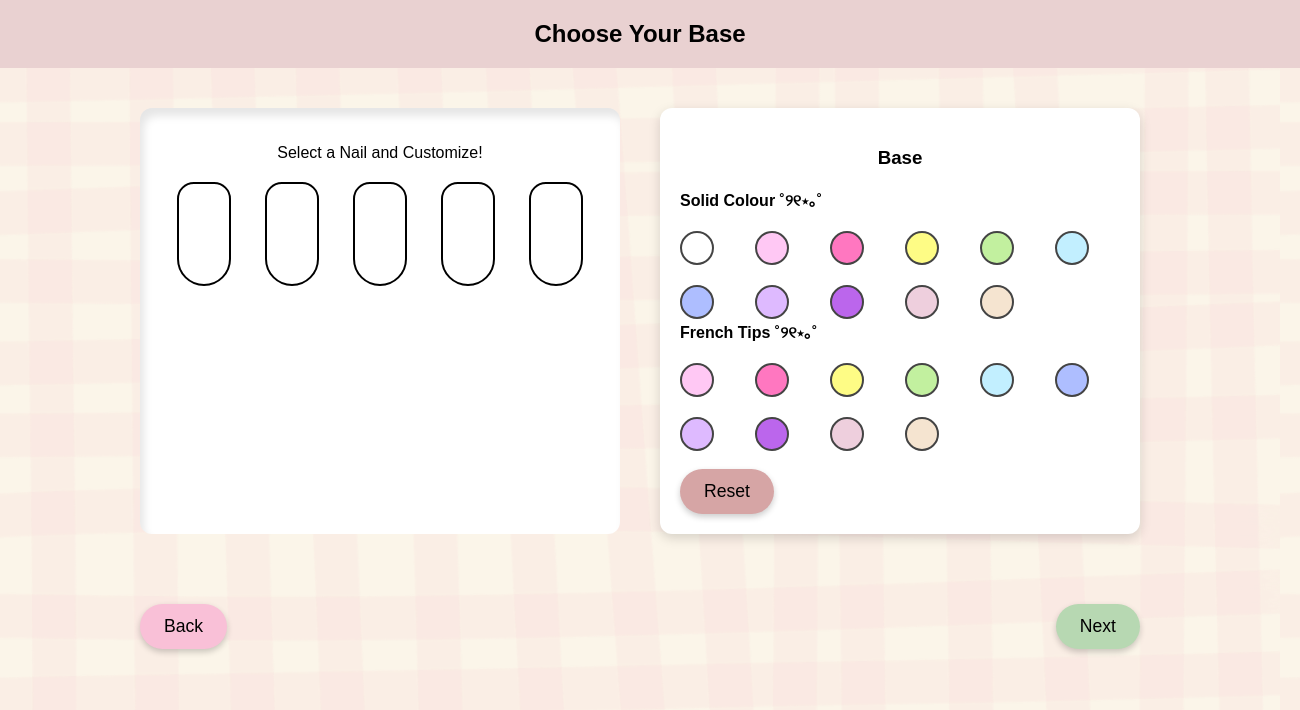
Repository: amolwalia/Fluidity-Lab
Page: base-paint.html
These files come from the project's save history. The page is drawn as it stood at one moment and after the next save; the edit follows.
The browser window is 1280 px wide. The page is 1300 px wide, so the pictures cover 1300 px, including what lies to the right of the window. The pictures show the whole page.

Above is the page before, as saved 2025-05-11 19:03:57.

### base-paint.html
<!DOCTYPE html>
<html lang="en">
  <head>
    <meta charset="UTF-8" />
    <meta name="viewport" content="width=device-width, initial-scale=1.0" />
    <title>Choose Your Base</title>
    <link rel="stylesheet" href="./styles/basepaints.css" />
  </head>
  <body>
    <header>Choose Your Base</header>
    <div class="container">
      <div class="nail-area">
        <p style="text-align: center">Select a Nail and Customize!</p>
        <div class="nails">
          <div class="nail" onclick="selectNail(this)"></div>
          <div class="nail" onclick="selectNail(this)"></div>
          <div class="nail" onclick="selectNail(this)"></div>
          <div class="nail" onclick="selectNail(this)"></div>
          <div class="nail" onclick="selectNail(this)"></div>
        </div>
      </div>
      <div class="palette">
        <h3>Base</h3>
        <strong>Solid Colour ˚୨୧⋆｡˚</strong>
        <div class="colors">
          <div
            class="color"
            style="background: white"
            onclick="setColor('white', false)"
          ></div>
          <div
            class="color"
            style="background: #ffc8f4"
            onclick="setColor('#ffc8f4', false)"
          ></div>
          <div
            class="color"
            style="background: #ff77c0"
            onclick="setColor('#ff77c0', false)"
          ></div>
          <div
            class="color"
            style="background: #fefc85"
            onclick="setColor('#fefc85', false)"
          ></div>
          <div
            class="color"
            style="background: #c2f09f"
            onclick="setColor('#c2f09f', false)"
          ></div>
          <div
            class="color"
            style="background: #c2efff"
            onclick="setColor('#c2efff', false)"
          ></div>
        </div>
        <div class="colors">
          <div
            class="color"
            style="background: #aebeff"
            onclick="setColor('#AEBEFF', false)"
          ></div>
          <div
            class="color"
            style="background: #debaff"
            onclick="setColor('#DEBAFF', false)"
          ></div>
          <div
            class="color"
            style="background: #bb66ec"
            onclick="setColor('#BB66EC', false)"
          ></div>
          <div
            class="color"
            style="background: #eecfdd"
            onclick="setColor('#EECFDD', false)"
          ></div>
          <div
            class="color"
            style="background: #f5e4d0"
            onclick="setColor('#F5E4D0', false)"
          ></div>
        </div>
        <strong>French Tips ˚୨୧⋆｡˚</strong>
        <div class="colors">
          <div
            class="color"
            style="background: #ffc8f4"
            onclick="setColor('#ffc8f4', true)"
          ></div>
          <div
            class="color"
            style="background: #ff77c0"
            onclick="setColor('#ff77c0', true)"
          ></div>
          <div
            class="color"
            style="background: #fefc85"
            onclick="setColor('#fefc85', true)"
          ></div>
          <div
            class="color"
            style="background: #c2f09f"
            onclick="setColor('#c2f09f', true)"
          ></div>
          <div
            class="color"
            style="background: #c2efff"
            onclick="setColor('#c2efff', true)"
          ></div>
          <div
            class="color"
            style="background: #aebeff"
            onclick="setColor('#AEBEFF', true)"
          ></div>
        </div>
        <div class="colors">
          <div
            class="color"
            style="background: #debaff"
            onclick="setColor('#DEBAFF', true)"
          ></div>
          <div
            class="color"
            style="background: #bb66ec"
            onclick="setColor('#BB66EC', true)"
          ></div>
          <div
            class="color"
            style="background: #eecfdd"
            onclick="setColor('#EECFDD', true)"
          ></div>
          <div
            class="color"
            style="background: #f5e4d0"
            onclick="setColor('#F5E4D0', true)"
          ></div>
        </div>
        <br />
        <button class="btn btn-brown" onclick="resetColors()">Reset</button>
      </div>
    </div>
    <div class="btn-row">
      <button class="btn btn-pink" onclick="location.href='index.html'">
        Back
      </button>
      <button class="btn btn-green" onclick="saveNailColorsAndGoNext()">
        Next
      </button>
    </div>
    <script src="./scripts/basepaints.js"></script>
  </body>
</html>

### styles/basepaints.css
body {
  margin: 0;
  font-family: "Quicksand", sans-serif;
  background: url("../media/pink_plaid.png");
  background-size: cover;
  background-blend-mode: multiply;
  background-color: #fbf5e9;
  display: flex;
  flex-direction: column;
  align-items: center;
}
header {
  width: 100%;
  padding: 20px;
  background-color: #e9d1d1;
  text-align: center;
  font-weight: bold;
  font-size: 1.5rem;
}
.container {
  display: flex;
  justify-content: space-between;
  padding: 40px;
  width: 100%;
  max-width: 1000px;
}
.nail-area,
.palette {
  background: #fff;
  border-radius: 12px;
  padding: 20px;
  box-shadow: 0 4px 12px rgba(0, 0, 0, 0.15);

}
.nail-area {
  flex: 1;
  margin-right: 40px;
  box-shadow: inset 4px 8px 8px  rgba(0, 0, 0, 0.1);
}
.palette {
  flex: 1;
}
.nails {
  display: flex;
  justify-content: space-around;
  margin-top: 20px;
}
.nail {
  width: 50px;
  height: 100px;
  border: 2px solid #000;
  border-radius: 25px 25px 40px 40px;
  background: #fff;
  position: relative;
  overflow: hidden;
}

h3 {
  text-align: center;
}
.french-tip-overlay {
  position: absolute;
  top: 0;
  left: 0;
  width: 100%;
  height: 100%;
  pointer-events: none;
  z-index: 50;
  background: none;
}
.french-tip-overlay::before {
  content: "";
  position: absolute;
  top: 0;
  left: 0;
  width: 100%;
  height: 100%;
  background: url("data:[embedded picture, 672 characters]")
    top center / 100% auto no-repeat;
  opacity: 1;
  z-index: 50;
}
.colors {
  display: grid;
  grid-template-columns: repeat(6, 1fr);
  gap: 10px;
  margin-top: 20px;
}
.color {
  width: 30px;
  height: 30px;
  border-radius: 50%;
  cursor: pointer;
  border: 2px solid #444;
}
.btn-row {
  display: flex;
  justify-content: space-between;
  width: 100%;
  max-width: 1000px;
  margin-top: 30px;
}
.btn {
  padding: 12px 24px;
  font-size: 1.1rem;
  background-color: #b7d8b2;
  border: none;
  border-radius: 25px;
  cursor: pointer;
  box-shadow: 0 3px 6px rgba(0, 0, 0, 0.2);
  transition: transform 0.3s ease, box-shadow 0.3s ease;
}
.btn:hover {
  transform: scale(1.05);
  box-shadow: 0 6px 12px rgba(183, 216, 178, 0.6);
}
.btn-pink {
  background-color: #f9c0d7;
}
.btn-green {
  background-color: #b7d8b2;
}
.btn-brown {
  background-color: #d6a5a5;
}

### scripts/basepaints.js
let selectedNail = null;

function selectNail(el) {
  document
    .querySelectorAll(".nail")
    .forEach((nail) => (nail.style.borderColor = "#000"));
  selectedNail = el;
  el.style.borderColor = "deeppink";
}

function setColor(color, isFrenchTip = false) {
  if (selectedNail) {
    selectedNail.style.background = color;
    const existingTip = selectedNail.querySelector(".french-tip-overlay");
    if (existingTip) existingTip.remove();
    if (isFrenchTip) {
      const tip = document.createElement("div");
      tip.className = "french-tip-overlay";
      selectedNail.appendChild(tip);
    }
  }
}

function resetColors() {
  document.querySelectorAll(".nail").forEach((nail) => {
    nail.style.background = "white";
    const tip = nail.querySelector(".french-tip-overlay");
    if (tip) tip.remove();
  });
}

function saveNailColorsAndGoNext() {
  const nails = document.querySelectorAll(".nail");
  const designData = Array.from(nails).map((nail) => {
    return {
      background: nail.style.background,
      hasTip: !!nail.querySelector(".french-tip-overlay"),
    };
  });
  localStorage.setItem("nailDesignData", JSON.stringify(designData));
  location.href = "decorate.html";
}

After the next save:
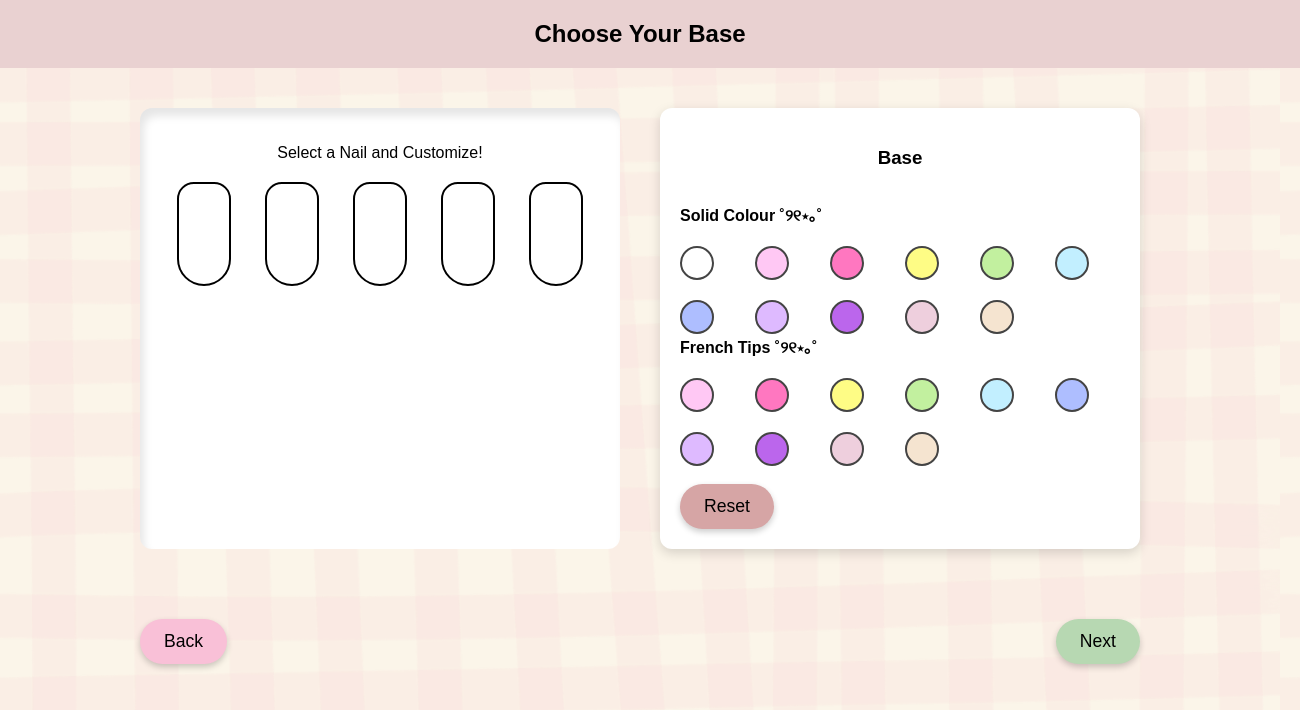
Saved 31 s later.
--- a/styles/basepaints.css
+++ b/styles/basepaints.css
@@ -57,6 +57,7 @@ header {
 
 h3 {
   text-align: center;
+  padding-bottom: 15px;
 }
 .french-tip-overlay {
   position: absolute;
